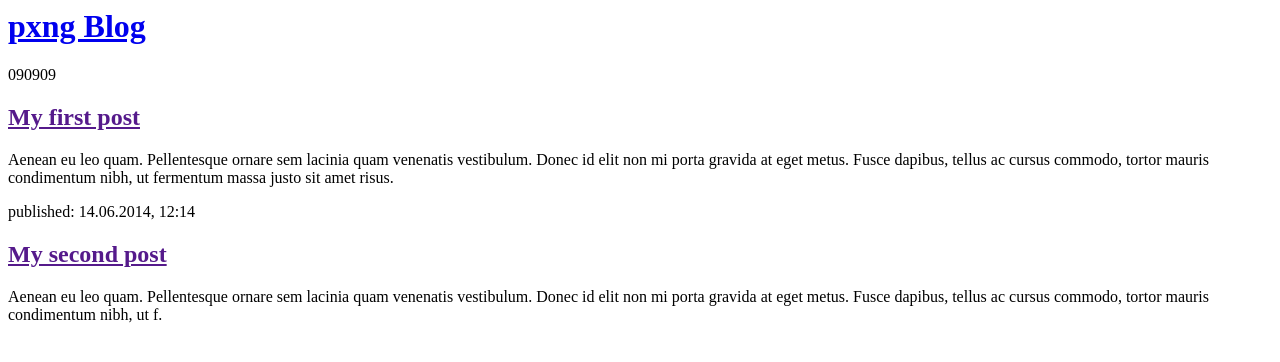
Repository: 1d10t5/my-first-blog
Page: http://localhost/
An editor plug-in stored every save of this project. The page is shown before and after the next save, followed by the edit.
The browser window is 1280 px wide. The pictures show the whole page.
The page is served by the project's application, run on Django 2.2 (manage.py). Queries for data that is not in the repository find no rows.

Above is the page before, as saved 2019-10-17 03:00:42.

After the next save:
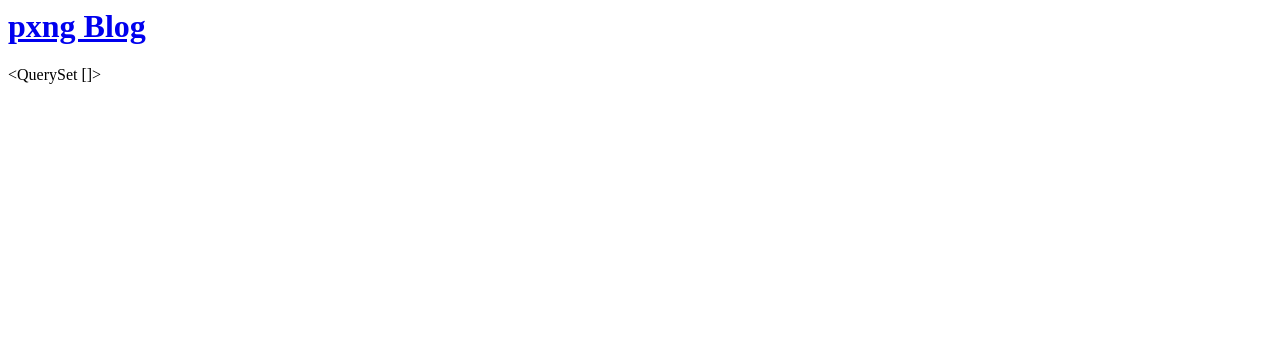
Saved 65 s later.
--- a/blog/templates/blog/post_list.html
+++ b/blog/templates/blog/post_list.html
@@ -7,16 +7,7 @@
             <h1><a href="/">pxng Blog</a></h1>
         </div>
 
-        <div>
-            <p>090909<p>
-            <h2><a href="">My first post</a></h2>
-            <p>Aenean eu leo quam. Pellentesque ornare sem lacinia quam venenatis vestibulum. Donec id elit non mi porta gravida at eget metus. Fusce dapibus, tellus ac cursus commodo, tortor mauris condimentum nibh, ut fermentum massa justo sit amet risus.</p>
-        </div>
+        {{ posts }}
 
-        <div>
-            <p>published: 14.06.2014, 12:14</p>
-            <h2><a href="">My second post</a></h2>
-            <p>Aenean eu leo quam. Pellentesque ornare sem lacinia quam venenatis vestibulum. Donec id elit non mi porta gravida at eget metus. Fusce dapibus, tellus ac cursus commodo, tortor mauris condimentum nibh, ut f.</p>
-        </div>
     </body>
 </html>
